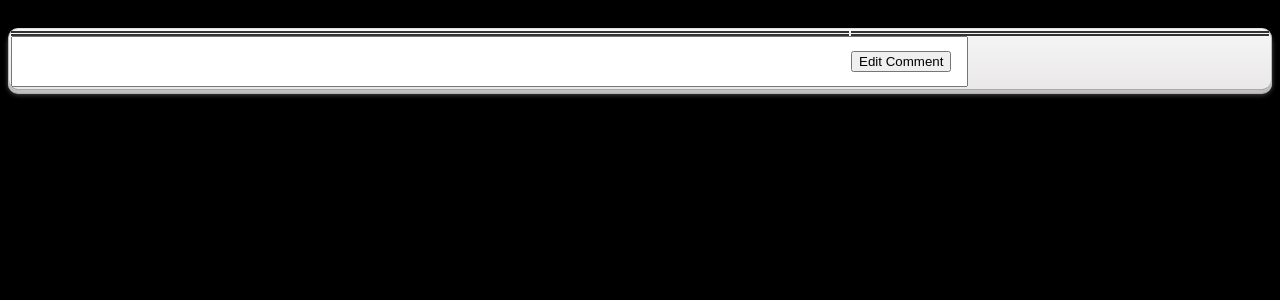
Repository: SuvakovSrdjan/WebForum
Page: http://localhost/Simple-web-forum/EditComment.jsp
The author's editor kept a copy of each file at every save. The page is drawn from the files as they stood at one save, then again after the next save.
The browser window is 1280 px wide. The pictures show the whole page.
The page is served by Tomcat 9. Other server files are loaded and not shown.

Above is the page before, as saved 2017-09-18 19:36:14.

### Simple-web-forum/WebContent/EditComment.jsp
<%@ page language="java" contentType="text/html; charset=UTF-8"
    pageEncoding="UTF-8"%>
<%@taglib uri="http://java.sun.com/jsp/jstl/core" prefix="c"%>
<!DOCTYPE html PUBLIC "-//W3C//DTD HTML 4.01 Transitional//EN" "http://www.w3.org/TR/html4/loose.dtd">
<html>
<head>
<meta http-equiv="Content-Type" content="text/html; charset=UTF-8">
<title>Infinite Comment</title>
<link rel="stylesheet" type="text/css" href="WEB-SRC/StyleSettingsMainPage.css">
</head>
<body>

<form style="padding-top: 20px;" name="msgForm"  method="post" action="InfiniteCommentServlet">
	<table>
		<tr>
			<td colspan = "2"><textarea style="resize: none;" rows="3" cols="117" name="commentText"></textarea></td>
			<td><input type="submit" name="addComment" value="Edit Comment"></td>
		</tr>
	</table>
</form>

</body>
</html>

### Simple-web-forum/WebContent/WEB-SRC/StyleSettingsMainPage.css
@charset "UTF-8";
body {
	background-color: activecaption;
	font: 12px Lucida sans, Arial, Helvetica, sans-serif;
	color: #333;
	text-align: center;
}

h1 {
	color: white;
}
img{
	width: 50px;
	height: 50px;
	white-space: -o-pre-wrap;
    word-wrap: break-word;
    white-space: pre-wrap;
    white-space: -moz-pre-wrap;
    white-space: -pre-wrap;
}
ul {
	list-style-type:none;
    background-color: #444444;
	background-image: -webkit-gradient(linear, left top, left bottom, from(#444444), to(#eae8e8));
	background-image: -webkit-linear-gradient(top, #f6f6f6, #eae8e8);
	background-image: -moz-linear-gradient(top, #444444, #eae8e8);
	background-image: -ms-linear-gradient(top, #f6f6f6, #eae8e8);
	background-image: -o-linear-gradient(top, #f6f6f6, #eae8e8);
	background-image: linear-gradient(top, #f6f6f6, #eae8e8);
	border-color: #dedede #bababa #aaa #bababa;
	border-style: solid;
	border-width: 1px;
	-webkit-border-radius: 10px;
	-moz-border-radius: 10px;
	border-radius: 10px;
	-webkit-box-shadow: 0 3px 3px rgba(255,255,255,.1), 0 3px 0 #bbb, 0 4px 0 #aaa, 0 5px 5px #444;
	-moz-box-shadow: 0 3px 3px rgba(255,255,255,.1), 0 3px 0 #bbb, 0 4px 0 #aaa, 0 5px 5px #444;
	box-shadow: 0 3px 3px rgba(255,255,255,.1), 0 3px 0 #bbb, 0 4px 0 #aaa, 0 5px 5px #444;




    overflow: auto; /* Enable scrolling if the sidenav has too much content */
}
li {
   float: left;
   background-color: #444444;
	background-image: -webkit-gradient(linear, left top, left bottom, from(#444444), to(#eae8e8));
	background-image: -webkit-linear-gradient(top, #f6f6f6, #eae8e8);
	background-image: -moz-linear-gradient(top, #444444, #eae8e8);
	background-image: -ms-linear-gradient(top, #f6f6f6, #eae8e8);
	background-image: -o-linear-gradient(top, #f6f6f6, #eae8e8);
	background-image: linear-gradient(top, #f6f6f6, #eae8e8);
	border-color: #dedede #bababa #aaa #bababa;
	border-style: solid;
	border-width: 1px;
	-webkit-border-radius: 10px;
	-moz-border-radius: 10px;
	border-radius: 10px;
	-webkit-box-shadow: 0 3px 3px rgba(255,255,255,.1), 0 3px 0 #bbb, 0 4px 0 #aaa, 0 5px 5px #444;
	-moz-box-shadow: 0 3px 3px rgba(255,255,255,.1), 0 3px 0 #bbb, 0 4px 0 #aaa, 0 5px 5px #444;
	box-shadow: 0 3px 3px rgba(255,255,255,.1), 0 3px 0 #bbb, 0 4px 0 #aaa, 0 5px 5px #444;

	overflow: hidden;
	padding: 0px;
}
li:last-child {
    border-right-style: none;
    border-left-style: inset;
    border-left-color: #111111;
    float:right;
}
a {
    display: block;
    padding: 17px;
    background-color: #333333;
}

table{
	list-style-type: circle;
    background-color: #444444;
	background-image: -webkit-gradient(linear, left top, left bottom, from(#444444), to(#eae8e8));
	background-image: -webkit-linear-gradient(top, #f6f6f6, #eae8e8);
	background-image: -moz-linear-gradient(top, #444444, #eae8e8);
	background-image: -ms-linear-gradient(top, #f6f6f6, #eae8e8);
	background-image: -o-linear-gradient(top, #f6f6f6, #eae8e8);
	background-image: linear-gradient(top, #f6f6f6, #eae8e8);
	border-color: #dedede #bababa #aaa #bababa;
	border-style: solid;
	border-width: 1px;
	-webkit-border-radius: 10px;
	-moz-border-radius: 10px;
	border-radius: 10px;
	-webkit-box-shadow: 0 3px 3px rgba(255,255,255,.1), 0 3px 0 #bbb, 0 4px 0 #aaa, 0 5px 5px #444;
	-moz-box-shadow: 0 3px 3px rgba(255,255,255,.1), 0 3px 0 #bbb, 0 4px 0 #aaa, 0 5px 5px #444;
	box-shadow: 0 3px 3px rgba(255,255,255,.1), 0 3px 0 #bbb, 0 4px 0 #aaa, 0 5px 5px #444;
	table-layout: fixed;
	width: 100%;



    overflow: auto; /* Enable scrolling if the sidenav has too much content */
}

 td {
 	background-color: light-yellow;
 	Width: auto;
	Height: auto;
    border-style: none;
    border-top: thick double #333333;
	color: black;
	font-size: medium;
	text-align: left;
	white-space: -o-pre-wrap;
    word-wrap: break-word;
    white-space: pre-wrap;
    white-space: -moz-pre-wrap;
    white-space: -pre-wrap;
    padding: 0px;
 }
 td:img {
 	background-color: light-yellow;
 	Width: 250px;
	Height: 250px;
    border-style: none;
    border-top: thick double #333333;
	color: black;
	font-size: medium;
	text-align: left;
	white-space: -o-pre-wrap;
    word-wrap: break-word;
    white-space: pre-wrap;
    white-space: -moz-pre-wrap;
    white-space: -pre-wrap;
    padding: 0px;
 }
th {
 	background-color: light-yellow;
 	Width: auto;
	Height: auto;
	font-size: large;
    border-style: none;
    padding: 0px;
 }

header {
    background-color: #84e3e9;
    padding: 20px 0;
    padding-left:50px;
	padding-right:50px;
}
a:link {
    color: white;
    text-decoration: none;
    font-style: oblique;
}

/* visited link */
a:visited {
    color: white;
    text-decoration: none;
    font-style: oblique;
}

/* mouse over link */
a:hover {
    background-color: #31b2c3;
	background-image: -webkit-gradient(linear, left top, left bottom, from(#0483a0), to(#31b2c3));
	background-image: -webkit-linear-gradient(top, #0483a0, #31b2c3);
	background-image: -moz-linear-gradient(top, #0483a0, #31b2c3);
	background-image: -ms-linear-gradient(top, #0483a0, #31b2c3);
	background-image: -o-linear-gradient(top, #0483a0, #31b2c3);
	background-image: linear-gradient(top, #0483a0, #31b2c3);
}

/* selected link */
a:active {
    -webkit-box-shadow: 0 1px 4px rgba(0, 0, 0, 0.5) inset;
	-moz-box-shadow: 0 1px 4px rgba(0, 0, 0, 0.5) inset;
	box-shadow: 0 1px 4px rgba(0, 0, 0, 0.5) inset;
	outline: 0;
}


.form-wrapper {
	background-color: #444444;
	background-image: -webkit-gradient(linear, left top, left bottom, from(#444444), to(#eae8e8));
	background-image: -webkit-linear-gradient(top, #f6f6f6, #eae8e8);
	background-image: -moz-linear-gradient(top, #444444, #eae8e8);
	background-image: -ms-linear-gradient(top, #f6f6f6, #eae8e8);
	background-image: -o-linear-gradient(top, #f6f6f6, #eae8e8);
	background-image: linear-gradient(top, #f6f6f6, #eae8e8);
	border-color: #dedede #bababa #aaa #bababa;
	border-style: solid;
	border-width: 1px;
	-webkit-border-radius: 10px;
	-moz-border-radius: 10px;
	border-radius: 10px;
	-webkit-box-shadow: 0 3px 3px rgba(255,255,255,.1), 0 3px 0 #bbb, 0 4px 0 #aaa, 0 5px 5px #444;
	-moz-box-shadow: 0 3px 3px rgba(255,255,255,.1), 0 3px 0 #bbb, 0 4px 0 #aaa, 0 5px 5px #444;
	box-shadow: 0 3px 3px rgba(255,255,255,.1), 0 3px 0 #bbb, 0 4px 0 #aaa, 0 5px 5px #444;

	overflow: hidden;
	padding: 2px;
	width: 450px;
}

.form-wrapper #search {
	border: 1px solid #;
	-webkit-box-shadow: 0 1px 1px #ddd inset, 0 1px 0 #FFF;
	-moz-box-shadow: 0 1px 1px #ddd inset, 0 1px 0 #FFF;
	box-shadow: 0 1px 1px #ddd inset, 0 1px 0 #FFF;
	-webkit-border-radius: 3px;
	-moz-border-radius: 3px;
	border-radius: 3px;
  color: #999;
	float: left;
	font: 16px Lucida Sans, Trebuchet MS, Tahoma, sans-serif;
	height: 12px;
	padding: 10px;
	width: 320px;
}
form{
	float: left;
}

.form-wrapper #search:focus {
	border-color: #aaa;
	-webkit-box-shadow: 0 1px 1px #bbb inset;
	-moz-box-shadow: 0 1px 1px #bbb inset;
	box-shadow: 0 1px 1px #bbb inset;
	outline: 0;
}

.form-wrapper #search:-moz-placeholder,
.form-wrapper #search:-ms-input-placeholder,
.form-wrapper #search::-webkit-input-placeholder {
	color: #999;
	font-weight: normal;
}

.form-wrapper #submit {
	background-color: #0483a0;
	background-image: -webkit-gradient(linear, left top, left bottom, from(#31b2c3), to(#0483a0));
	background-image: -webkit-linear-gradient(top, #31b2c3, #0483a0);
	background-image: -moz-linear-gradient(top, #31b2c3, #0483a0);
	background-image: -ms-linear-gradient(top, #31b2c3, #0483a0);
	background-image: -o-linear-gradient(top, #31b2c3, #0483a0);
	background-image: linear-gradient(top, #31b2c3, #0483a0);
	border: 1px solid #00748f;
	-moz-border-radius: 3px;
	-webkit-border-radius: 3px;
	border-radius: 3px;
	-webkit-box-shadow: 0 1px 0 rgba(255, 255, 255, 0.3) inset, 0 1px 0 #FFF;
	-moz-box-shadow: 0 1px 0 rgba(255, 255, 255, 0.3) inset, 0 1px 0 #FFF;
	box-shadow: 0 1px 0 rgba(255, 255, 255, 0.3) inset, 0 1px 0 #FFF;
	color: #fafafa;
	cursor: pointer;
	height: 42px;
	float: right;
	font: 15px Arial, Helvetica;
	padding: 0;
	text-transform: uppercase;
	text-shadow: 0 1px 0 rgba(0, 0 ,0, .3);
	width: 100px;
}

.form-wrapper #submit:hover,
.form-wrapper #submit:focus {
	background-color: #31b2c3;
	background-image: -webkit-gradient(linear, left top, left bottom, from(#0483a0), to(#31b2c3));
	background-image: -webkit-linear-gradient(top, #0483a0, #31b2c3);
	background-image: -moz-linear-gradient(top, #0483a0, #31b2c3);
	background-image: -ms-linear-gradient(top, #0483a0, #31b2c3);
	background-image: -o-linear-gradient(top, #0483a0, #31b2c3);
	background-image: linear-gradient(top, #0483a0, #31b2c3);
}

.form-wrapper #submit:active {
	-webkit-box-shadow: 0 1px 4px rgba(0, 0, 0, 0.5) inset;
	-moz-box-shadow: 0 1px 4px rgba(0, 0, 0, 0.5) inset;
	box-shadow: 0 1px 4px rgba(0, 0, 0, 0.5) inset;
	outline: 0;
}

.form-wrapper #submit::-moz-focus-inner {
	border: 0;
}

form #submit {
	background-color: #0483a0;
	background-image: -webkit-gradient(linear, left top, left bottom, from(#31b2c3), to(#0483a0));
	background-image: -webkit-linear-gradient(top, #31b2c3, #0483a0);
	background-image: -moz-linear-gradient(top, #31b2c3, #0483a0);
	background-image: -ms-linear-gradient(top, #31b2c3, #0483a0);
	background-image: -o-linear-gradient(top, #31b2c3, #0483a0);
	background-image: linear-gradient(top, #31b2c3, #0483a0);
	border: 1px solid #00748f;
	-moz-border-radius: 3px;
	-webkit-border-radius: 3px;
	border-radius: 3px;
	-webkit-box-shadow: 0 1px 0 rgba(255, 255, 255, 0.3) inset, 0 1px 0 #FFF;
	-moz-box-shadow: 0 1px 0 rgba(255, 255, 255, 0.3) inset, 0 1px 0 #FFF;
	box-shadow: 0 1px 0 rgba(255, 255, 255, 0.3) inset, 0 1px 0 #FFF;
	color: #fafafa;
	cursor: pointer;
	height: 47px;
	float: right;
	font: 15px Arial, Helvetica;
	padding: 0px;
	text-transform: uppercase;
	text-shadow: 0 1px 0 rgba(0, 0 ,0, .3);
	width: 100px;
}

form #submit:hover,
form #submit:focus {
	background-color: #31b2c3;
	background-image: -webkit-gradient(linear, left top, left bottom, from(#0483a0), to(#31b2c3));
	background-image: -webkit-linear-gradient(top, #0483a0, #31b2c3);
	background-image: -moz-linear-gradient(top, #0483a0, #31b2c3);
	background-image: -ms-linear-gradient(top, #0483a0, #31b2c3);
	background-image: -o-linear-gradient(top, #0483a0, #31b2c3);
	background-image: linear-gradient(top, #0483a0, #31b2c3);
}

form #submit:active {
	-webkit-box-shadow: 0 1px 4px rgba(0, 0, 0, 0.5) inset;
	-moz-box-shadow: 0 1px 4px rgba(0, 0, 0, 0.5) inset;
	box-shadow: 0 1px 4px rgba(0, 0, 0, 0.5) inset;
	outline: 0;
}

form #submit::-moz-focus-inner {
	border: 0;
}

After the next save:
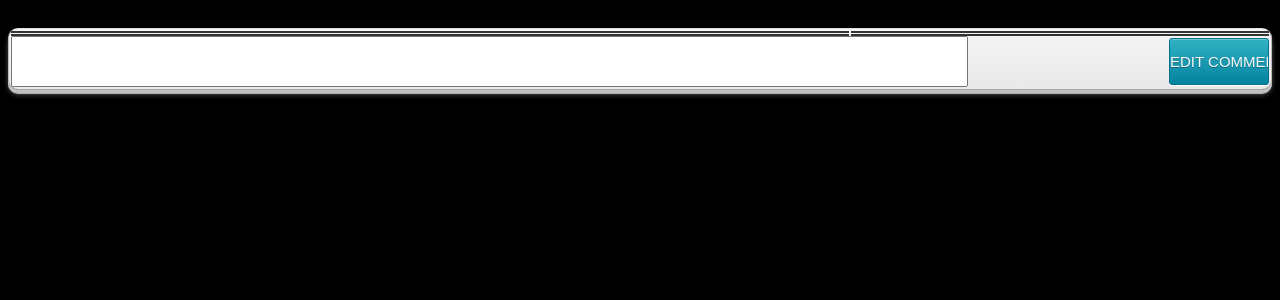
Saved 21 s later.
--- a/Simple-web-forum/WebContent/EditComment.jsp
+++ b/Simple-web-forum/WebContent/EditComment.jsp
@@ -14,7 +14,7 @@
 	<table>
 		<tr>
 			<td colspan = "2"><textarea style="resize: none;" rows="3" cols="117" name="commentText"></textarea></td>
-			<td><input type="submit" name="addComment" value="Edit Comment"></td>
+			<td><input type="submit" name="addComment" value="Edit Comment" id="submit"></td>
 		</tr>
 	</table>
 </form>
